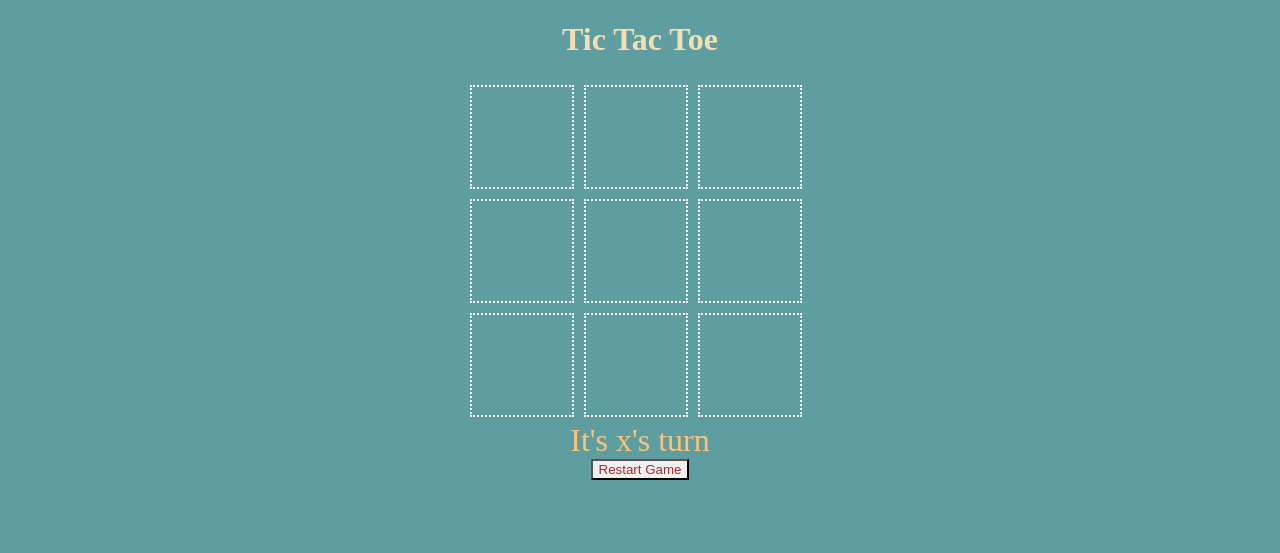
Repository: Hasmik-icml/Tic-Tac-Toe
Page: index.html
These files come from the project's save history. The page is drawn as it stood at one moment and after the next save; the edit follows.
The browser window is 1280 px wide. The pictures show the whole page.

Above is the page before, as saved 2022-02-03 00:57:24.

### index.html
<!DOCTYPE html>
<html lang="en">
<head>
  <meta charset="UTF-8">
  <meta http-equiv="X-UA-Compatible" content="IE=edge">
  <meta name="viewport" content="width=device-width, initial-scale=1.0">
  <link rel="stylesheet" href="/style.css">
  <title>Tic Tac Toe</title>
</head>
<body>
  <h1>Tic Tac Toe</h1>
  <div class="container">
    <div class="box"></div>
    <div class="box"></div>
    <div class="box"></div>
    <div class="box"></div>
    <div class="box"></div>
    <div class="box"></div>
    <div class="box"></div>
    <div class="box"></div>
    <div class="box"></div>
  </div>
  <p class="display-player">It's x's turn</p>
  <button class="restart">Restart Game</button>
  <script src="/index.js"></script>
</body>
</html>

### style.css
body {
  background-color: cadetblue;
  text-align: center;
}

.container {
  display: flex;
  flex-wrap: wrap;
  width: 350px;
  margin: auto;
}

.box {
  border: 2px dotted white;
  margin: 5px;
  width: 100px;
  height: 100px;
  display: flex;
  justify-content: center;
  align-items: center;
  color: #ffc276;
  font-size: xxx-large;
  font-family: cursive;
}

h1 {
  text-align: center;
  color: wheat;
}

.display-player {
  text-align: center;
  color: #ffc276;
  font-size: xx-large;
  margin: 0;
}

.restart {
  border-style: outset;
  color: brown;
}
.restart:active {
  cursor: pointer;
  border-style: inset;
}

### index.js
let player = "0";
let winer = false;

document.querySelector(".restart").onclick = () => {
  window.location.reload();
}

document.querySelector(".container").onclick = (event) => {
  let move = event.target;
  let itsTurn = document.querySelector(".display-player");

  if (!winer) {
    itsTurn.innerHTML = `It's ${player}'s turn`;

    player = (player === "0") ? "x" : "0";
    move.innerHTML = player;
    isWon();
  }
}



function isWon() {
  let result = document.querySelector(".display-player");
  let moves = document.querySelectorAll(".box");
  let box1 = moves[0].innerHTML;
  let box2 = moves[1].innerHTML;
  let box3 = moves[2].innerHTML;
  let box4 = moves[3].innerHTML;
  let box5 = moves[4].innerHTML;
  let box6 = moves[5].innerHTML;
  let box7 = moves[6].innerHTML;
  let box8 = moves[7].innerHTML;
  let box9 = moves[8].innerHTML;

  if (box1 == box2 && box2 == box3 && box3 !== "") {
    result.innerHTML = `Player ${player} is won`;
    console.log("stugum2");
    winer = true;
    return;
  }
  if (box4 == box5 && box5 == box6 && box6 !== "") {
    result.innerHTML = `Player ${player} is won`;
    console.log("stugum2");
    winer = true;
    return;
  }
  if (box7 == box8 && box8 == box9 && box9 !== "") {
    result.innerHTML = `Player ${player} is won`;
    console.log("stugum3");
    winer = true;
    return;
  }
  if (box1 == box4 && box4 == box7 && box7 !== "") {
    result.innerHTML = `Player ${player} is won`;
    console.log("stugum4");
    winer = true;
    return;
  }
  if (box2 == box5 && box5 == box8 && box8 !== "") {
    result.innerHTML = `Player ${player} is won`;
    console.log("stugum5");
    winer = true;
    return;
  }
  if (box3 == box6 && box6 == box9 && box9 !== "") {
    result.innerHTML = `Player ${player} is won`;
    console.log("stugum6");
    winer = true;
    return;
  }
  if (box3 == box5 && box5 == box7 && box7 !== "") {
    result.innerHTML = `Player ${player} is won`;
    console.log("stugum7");
    winer = true;
    return;
  }
  if (box1 == box5 && box5 == box9 && box9 !== "") {
    result.innerHTML = `Player ${player} is won`;
    console.log("stugum8");
    winer = true;
    return;
  }

let statusNoOnes =false;

  for (let i = 0; i < moves.length; i++) {
    if (moves[i].innerHTML === "") {
      statusNoOnes = false;
      break;
    }else{
      statusNoOnes = true;
    }
  }
  if (statusNoOnes) {
    result.innerHTML = `No One's`;
  }


}

After the next save:
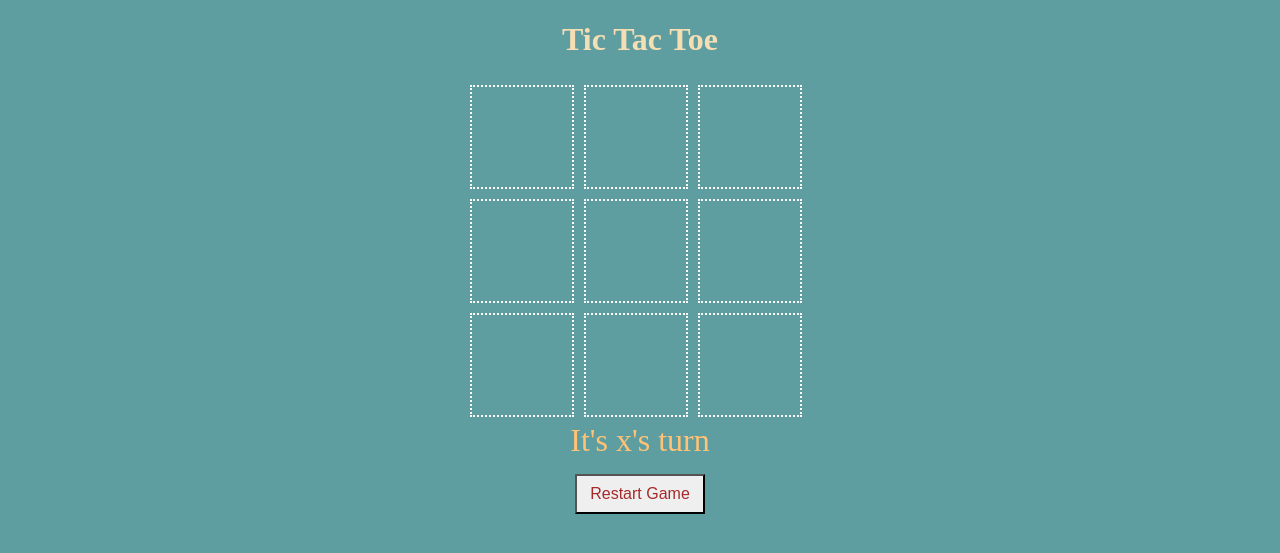
Saved 100 s later.
--- a/style.css
+++ b/style.css
@@ -36,8 +36,12 @@ h1 {
 }
 
 .restart {
-  border-style: outset;
-  color: brown;
+border-style: outset;
+color: brown;
+height: 40px;
+width: 130px;
+font-size: inherit;
+margin-top: 15px;
 }
 .restart:active {
   cursor: pointer;
